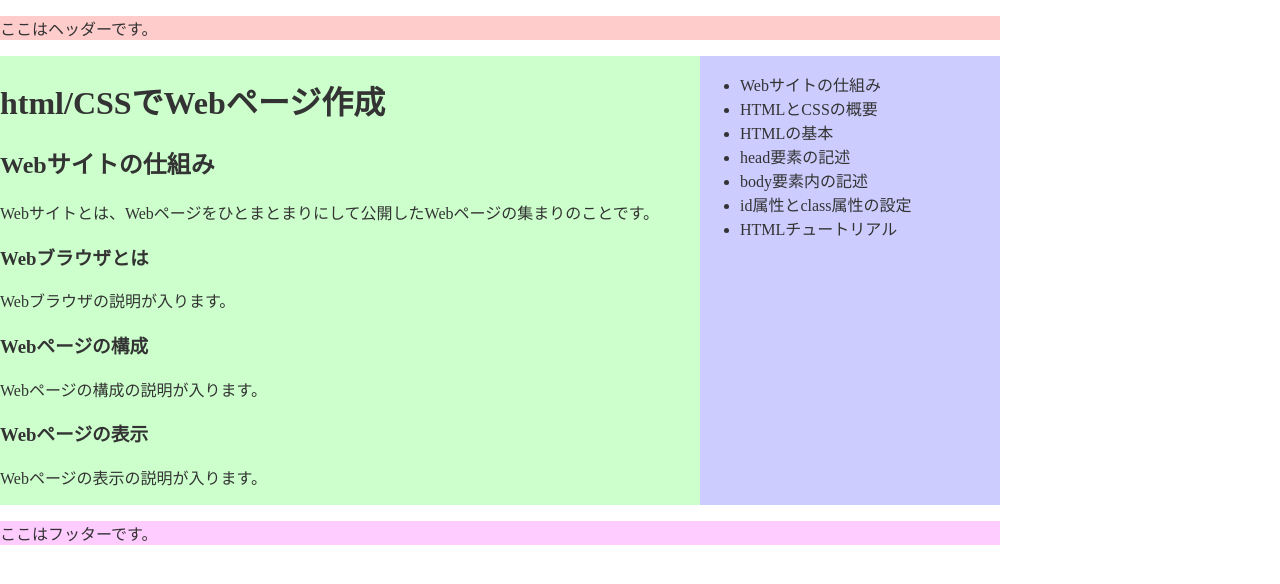
Repository: ichiro-fujii/kadai-commit
Page: lesson-htmlcss/kadai-html.html
The author's editor kept a record of every edit. The page is drawn from the files as they stood at one moment, then again after the next edit.
The browser window is 1280 px wide. The pictures show the whole page.

Above is the page before.

After the next edit:
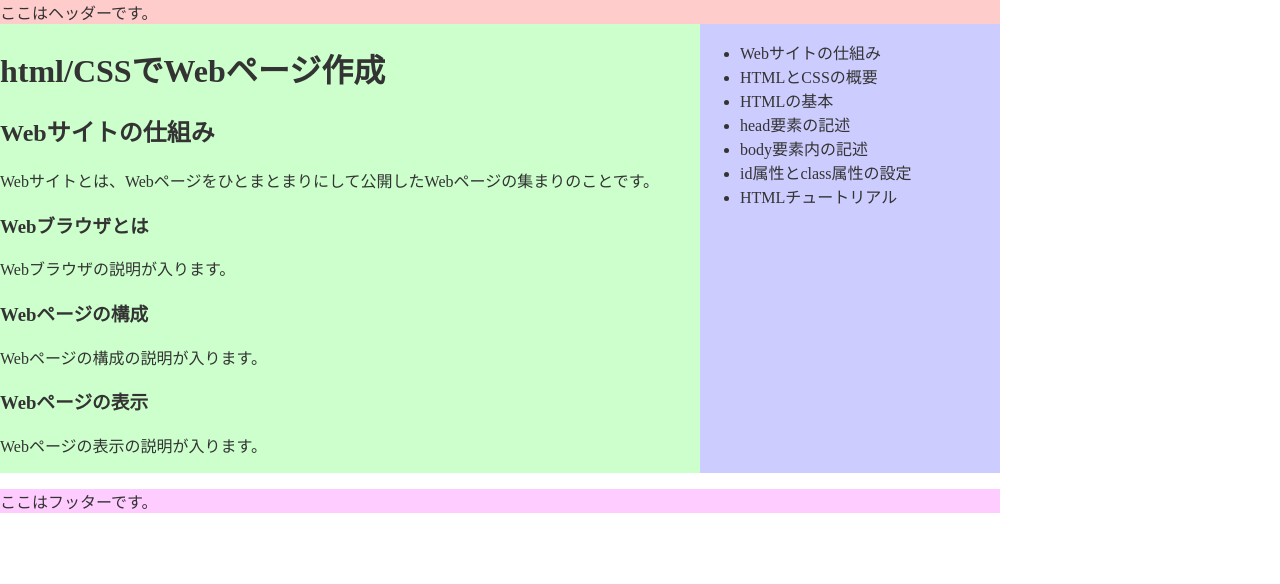
The edit:
--- a/lesson-htmlcss/kadai-html.html
+++ b/lesson-htmlcss/kadai-html.html
@@ -8,7 +8,7 @@
     <body>
         <!--ここからヘッダー-->
         <header>
-            <p>ここはヘッダーです。</p>
+            ここはヘッダーです。
         </header>
         <!--wrapperはなぜ入れるのですか-->
         <div id="wrapper">
